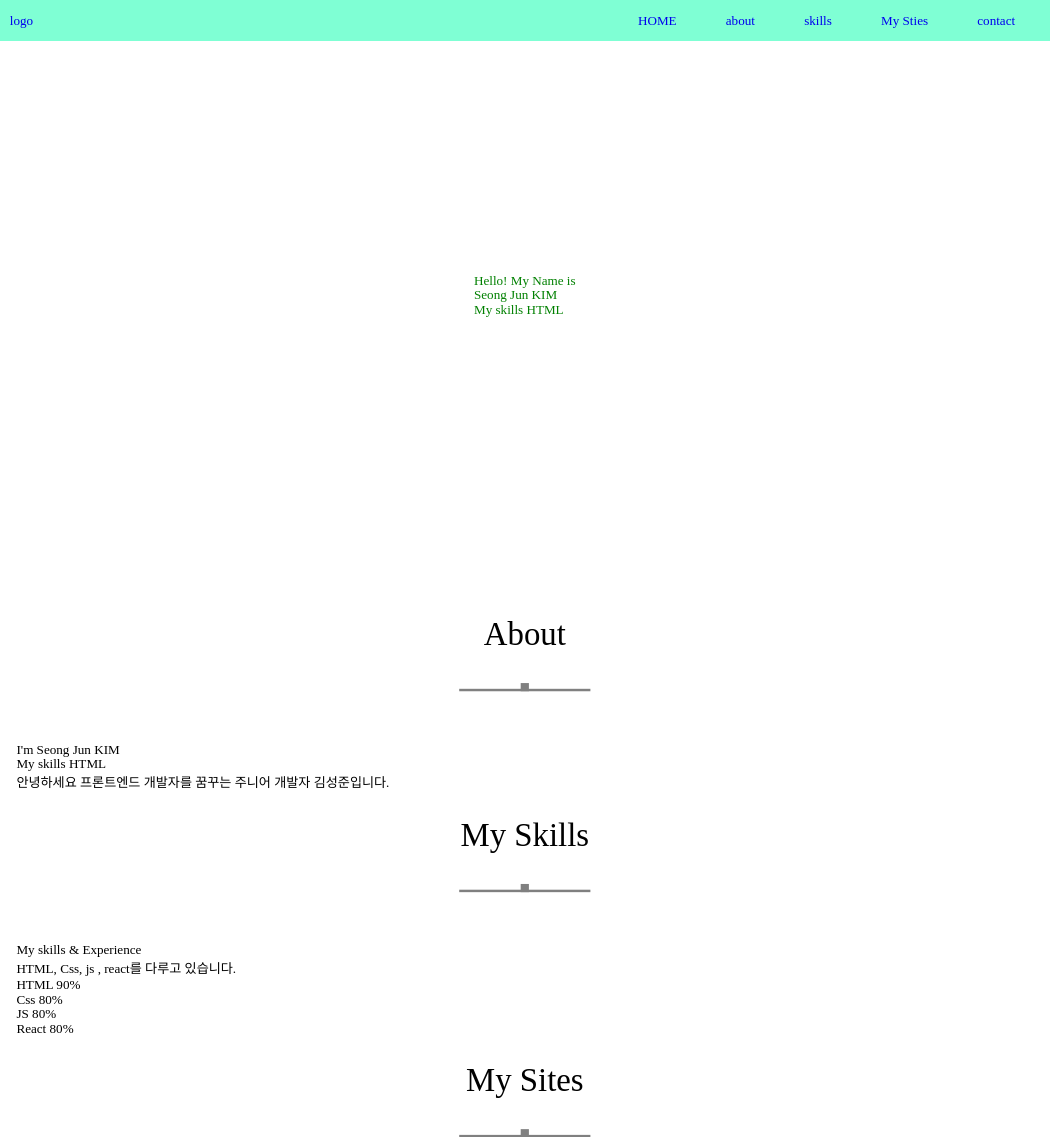
Repository: jun01270/jun
Page: index.html
These files come from the project's save history. The page is drawn as it stood at one moment and after the next save; the edit follows.
The browser window is 1280 px wide. The pictures show the part of the page from y = 0 to 1387 px (the page is 2998 px tall before and 2400 px after), at 82% of full size.
A picture or video elsewhere on the page could not be fetched, so the positions and the page height are approximate. Some web libraries are served in a nearby version.

Above is the page before, as saved 2023-05-09 17:20:59.

### index.html
<!DOCTYPE html>
<html lang="en">
  <head>
    <meta charset="UTF-8" />
    <meta http-equiv="X-UA-Compatible" content="IE=edge" />
    <meta name="viewport" content="width=device-width, initial-scale=1.0" />
    <link rel="stylesheet" href="./css/style.css" />
    <link rel="stylesheet" href="./css/home.css" />
    <script
      src="https://kit.fontawesome.com/252eac6dbf.js"
      crossorigin="anonymous"
    ></script>
    <title>Jun's site</title>
  </head>
  <body>
    <nav class="navbar">
      <div class="logo"><a href="#home">logo</a></div>
      <ul class="menu-bar">
        <li><a href="#home" class="menu-btn" id="homeID">HOME</a></li>
        <li><a href="#about" class="menu-btn" id="homeID">about</a></li>
        <li><a href="#skills" class="menu-btn">skills</a></li>
        <li><a href="#my-sites" class="menu-btn">My Sties</a></li>
        <li><a href="#contact" class="menu-btn">contact</a></li>
      </ul>
    </nav>

    <!--home섹션-->
    <section class="home" id="home">
      <div class="max-width">
        <div class="home-section">
          <div class="text-1">Hello! My Name is</div>
          <div class="text-1">Seong Jun KIM</div>
          <div class="text-1">My skills <span class="typing1">HTML</span></div>
        </div>
      </div>
    </section>

    <!--about섹션-->
    <section class="about">
      <div class="max-width">
        <h2 class="title">About</h2>
        <div class="about-content">
          <div class="left-column"></div>
          <div class="right-column">
            <div class="about-text">I'm Seong Jun KIM</div>
            <div class="about-skills">
              My skills <span class="typing2">HTML</span>
            </div>
            <p>
              안녕하세요 프론트엔드 개발자를 꿈꾸는 주니어 개발자 김성준입니다.
            </p>
          </div>
        </div>
      </div>
    </section>

    <!--skills섹션-->
    <section class="skills">
      <div class="max-width">
        <h2 class="title">My Skills</h2>
        <div class="skills-content">
          <div class="left-column">
            <div class="skills-text">
              <div class="sub-title">My skills & Experience</div>
              <p>HTML, Css, js , react를 다루고 있습니다.</p>
            </div>
          </div>
          <div class="rigth-column">
            <div class="bars">
              <div class="bars-content">
                <span>HTML</span>
                <span>90%</span>
              </div>
              <div class="line-html"></div>
            </div>
            <div class="bars">
              <div class="bars-content">
                <span>Css</span>
                <span>80%</span>
              </div>
              <div class="line-css"></div>
            </div>
            <div class="bars">
              <div class="bars-content">
                <span>JS</span>
                <span>80%</span>
              </div>
              <div class="line-js"></div>
            </div>
            <div class="bars">
              <div class="bars-content">
                <span>React</span>
                <span>80%</span>
              </div>
              <div class="line-react"></div>
            </div>
          </div>
        </div>
      </div>
    </section>

    <!--My sties섹션-->
    <section class="my-sites">
      <div class="max-width">
        <h2 class="title">My Sites</h2>
        <div class="my-sites-content">
          <div class="left-column">
            <a href="https://web-jun.tistory.com/" target="_blank">
              <div class="site">
                <div class="site-images">
                  <img src="/img/blog.jpg" alt="" />
                  <div class="site-text">BLOG</div>
                  <p>개발하는 블로그입니다.</p>
                </div>
              </div>
            </a>
          </div>
          <div class="right-column">
            <a href="https://github.com/jun01270" target="_blank">
              <div class="site">
                <div class="site-images">
                  <img src="/img/github.jpg" alt="" />
                  <div class="site-text">BLOG</div>
                  <p>깃허브 사이트입니다.</p>
                </div>
              </div>
            </a>
          </div>
        </div>
      </div>
    </section>

    <!--Contact 섹션-->
    <section class="contact">
      <div class="max-width">
        <h2 class="title">Contact me</h2>
        <div class="contact-content">
          <div class="left-column">
            <div class="contact-text">My information</div>
            <p>
              동양미래대학교 컴퓨터소프트웨어공학과를 졸업하여 프론트엔드
              개발자가 되고싶은 주니어 개발자입니다.
            </p>
            <div class="icons-content">
              <i class="fas fa-user"></i>
              <div class="info">
                <div class="head">Name</div>
                <div class="tail">Seong Jun KIM</div>
              </div>
            </div>
            <div class="icons-content">
              <i class="fas fa-envelope"></i>
              <div class="info">
                <div class="head">E-mail</div>
                <div class="tail">kimsj012731@gmail.com</div>
              </div>
            </div>
            <div class="icons-content">
              <i class="fas fa-map-marked-alt"></i>
              <div class="info">
                <div class="head">Address</div>
                <div class="tail">경기도 광명시</div>
              </div>
            </div>
          </div>
          <div class="right-column">
            <div class="contact-text">Message Me!</div>
            <form action="#">
              <div class="fields">
                <div class="fields name">
                  <input type="text" placeholder="Name" />
                </div>
                <div class="fields Email">
                  <input type="email" placeholder="E-mail" />
                </div>
              </div>
              <div class="fields subject">
                <input type="text" placeholder="Subject" />
              </div>
              <div class="fields contact-area">
                <textarea
                  cols="30"
                  rows="10"
                  placeholder="Contact.. "
                  required
                ></textarea>
              </div>
              <div class="button">
                <button type="submit">Send Message</button>
              </div>
            </form>
          </div>
        </div>
      </div>
    </section>

    <!--Footer섹션-->
    <footer></footer>

    <!--JS섹션-->
  </body>
</html>

### css/style.css
@import url("https://fonts.googleapis.com/css2?family=Lora&display=swap");

* {
  margin: 0;
  padding: 0;
  box-sizing: border-box;
  text-decoration: none;
}

html {
  scroll-behavior: smooth;
}

.home .about .skills .my-sites .contact {
  padding-top: 86px;
}

.max-width {
  max-width: 1300px;
  padding: 0 20px;
  margin: auto;
}

.section {
  padding: 100px 0;
}

/* .about, .skills, .my-sites, .contact, .footer{
    //폰트삽입
} */

.title {
  position: relative;
  text-align: center;
  font-size: 40px;
  font-weight: 500;
  margin: 30px 0 100px 0;
  padding-bottom: 8px;
}

.title::before {
  content: "";
  position: absolute;
  bottom: -38px;
  left: 50%;
  width: 160px;
  height: 3px;
  background-color: gray;
  transform: translateX(-50%);
}

.title::after {
  content: "";
  position: absolute;
  bottom: -38px;
  left: 50%;
  font-size: 20px;
  color: rgb(255, 164, 45);
  padding: 5px;
  background-color: gray;
  transform: translateX(-50%);
}

. {
  display: flex;
  align-items: center;
  flex-wrap: wrap;
  justify-content: space-between;
}

.navbar {
  display: flex;
  justify-content: space-between;
  align-items: center;
  background-color: aquamarine;
  padding: 8px 12px;
  position: fixed;
  width: 100%;
  z-index: 999;
}

.menu-bar {
  list-style: none;
  display: flex;
  margin: 0;
  padding-left: 0;
}

.menu-bar li {
  padding: 8px 30px;
}

.menu-bar li:hover {
  background-color: orange;
  border-radius: 3px;
}

@media screen and (max-width: 700px) {
  .navbar {
    flex-direction: column;
    align-items: flex-start;
    margin: 0;
  }

  .menu-bar {
    flex-direction: column;
    align-items: center;
    width: 100%;
  }

  .menu-bar li {
    width: 100%;
    text-align: center;
  }
}

### css/home.css
.home{
    display:flex;
    height: 100vh;
    min-height: 500px;
    color: green;
    background-image: "./img/background.png";
}

After the next save:
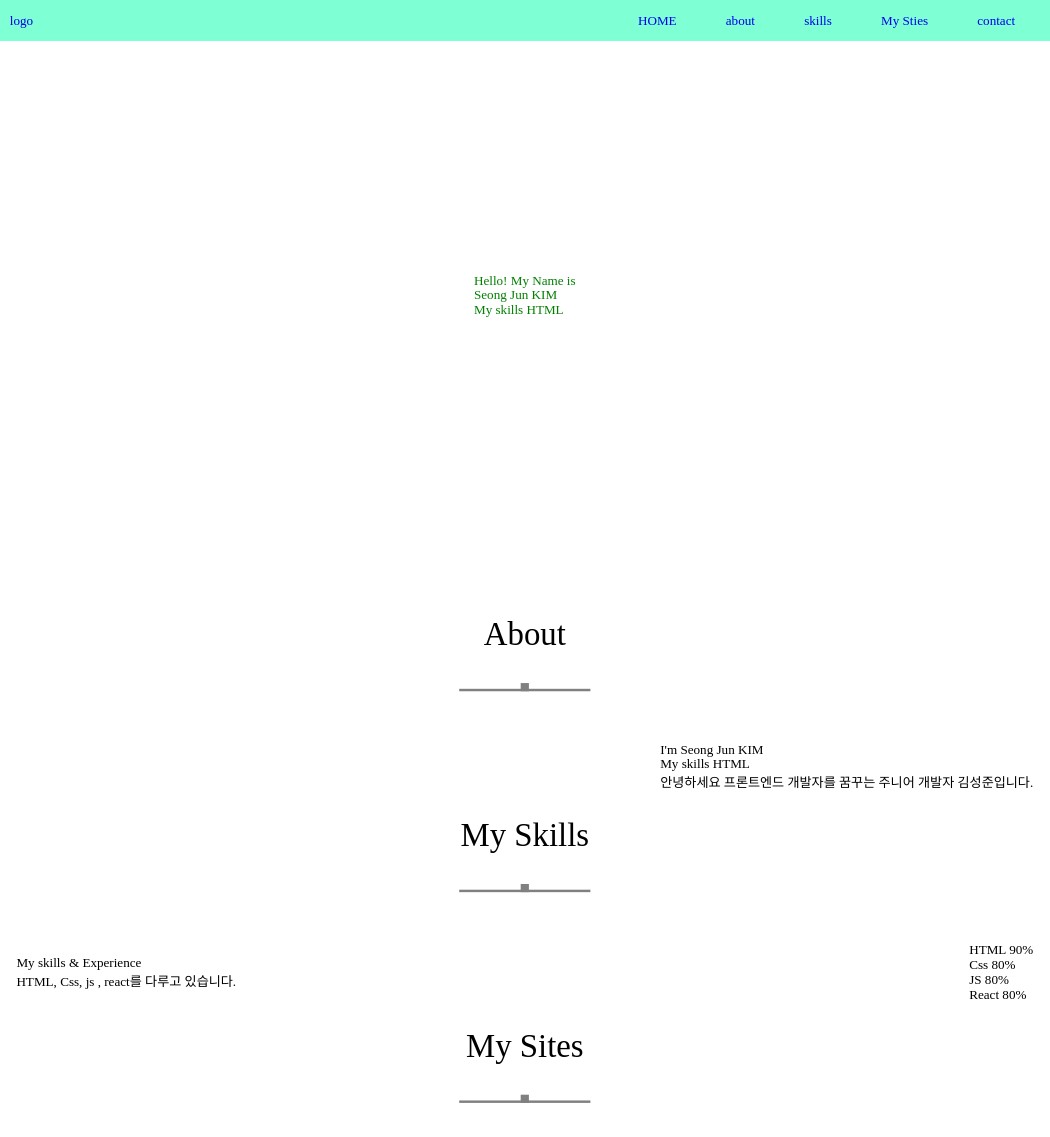
Saved 52 s later.
--- a/css/style.css
+++ b/css/style.css
@@ -61,7 +61,10 @@ html {
   transform: translateX(-50%);
 }
 
-. {
+.about .about-content,
+.skills .skills-content,
+.my-sites .my-sites-content,
+.contact .contact-content {
   display: flex;
   align-items: center;
   flex-wrap: wrap;
